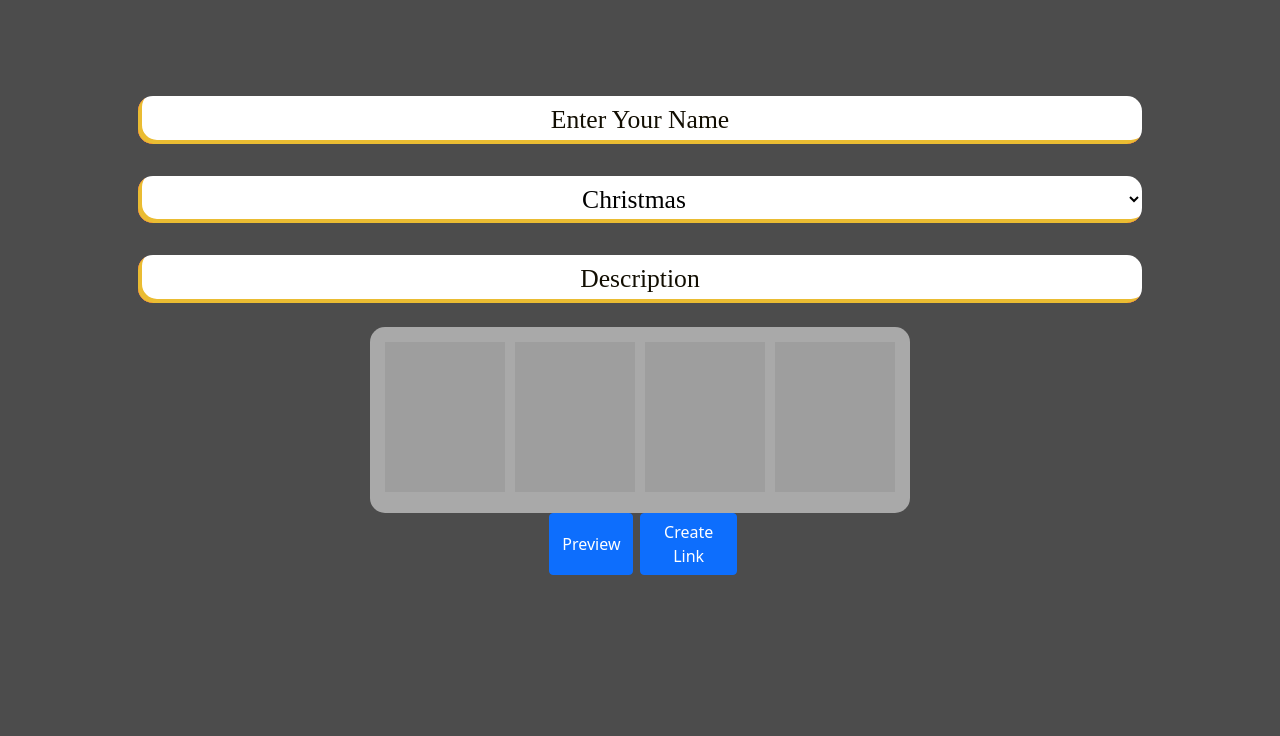
Repository: Haneef-Shaik/Greetings
Page: /
These files come from the project's save history. The page is drawn as it stood at one moment and after the next save; the edit follows.
The browser window is 1280 px wide. The pictures show the whole page.
Pictures or frames that could not be fetched are drawn as grey boxes. The project was rebuilt for these pictures with package versions that can differ from the ones it lists, and the page was loaded fresh each time. The framework's server and built-in components were replaced by stand-ins that run in the browser. Also part of the build but not shown: next.config.js, styles/card.module.scss, components/card.js, styles/socialShare.module.scss, components/socialShare.js.

Above is the page before, as saved 2021-12-01 21:11:27.

After the next save:
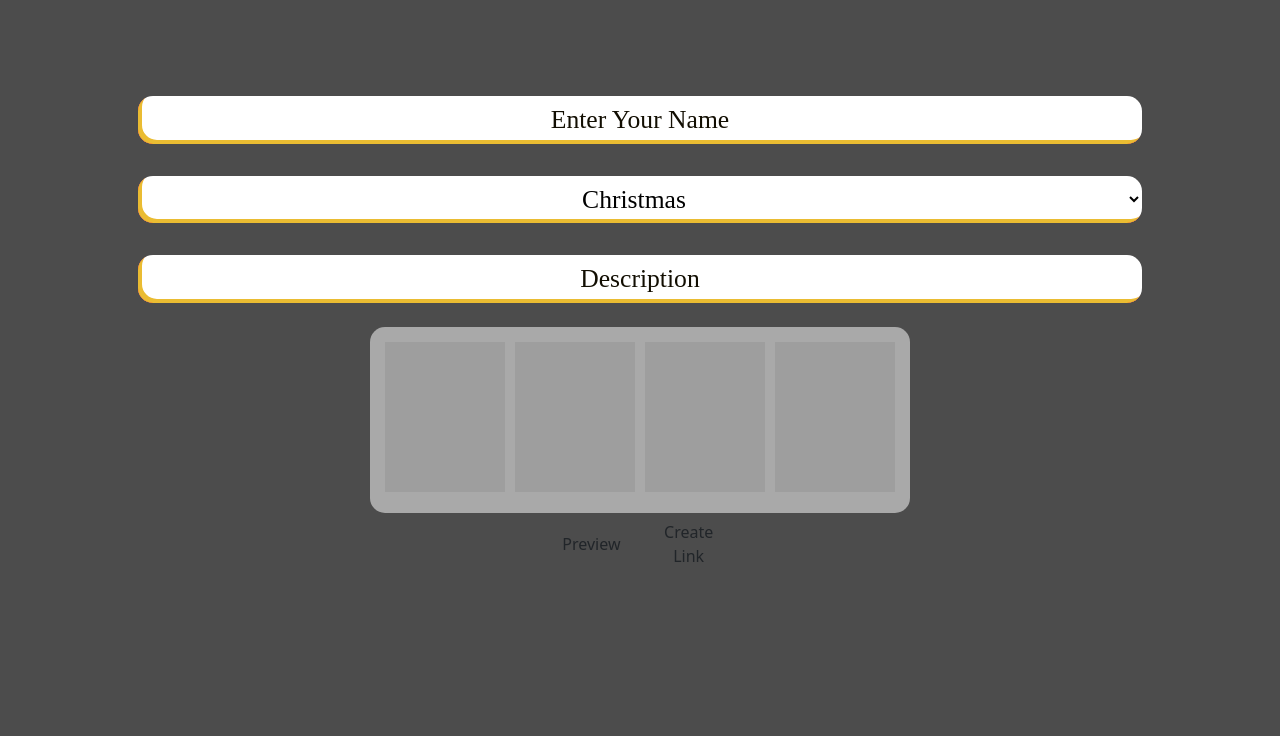
Saved 10 s later.
--- a/components/form.js
+++ b/components/form.js
@@ -65,8 +65,8 @@ function Edit() {
 
                                 <div className="footerBanner">
                                     <div className="row ">
-                                        <div className="col p-0 m-0 d-flex justify-content-around "  > <button className="btn btn-primary"  >Preview</button></div>
-                                        <div className="col p-0 m-0 d-flex justify-content-around "  > <button className="btn btn-primary"  > Create Link </button></div>
+                                        <div className="col p-0 m-0 d-flex justify-content-around "  > <button className="btn "  >Preview</button></div>
+                                        <div className="col p-0 m-0 d-flex justify-content-around "  > <button className="btn "  > Create Link </button></div>
                                     </div>
                                 </div>
                             </form>
